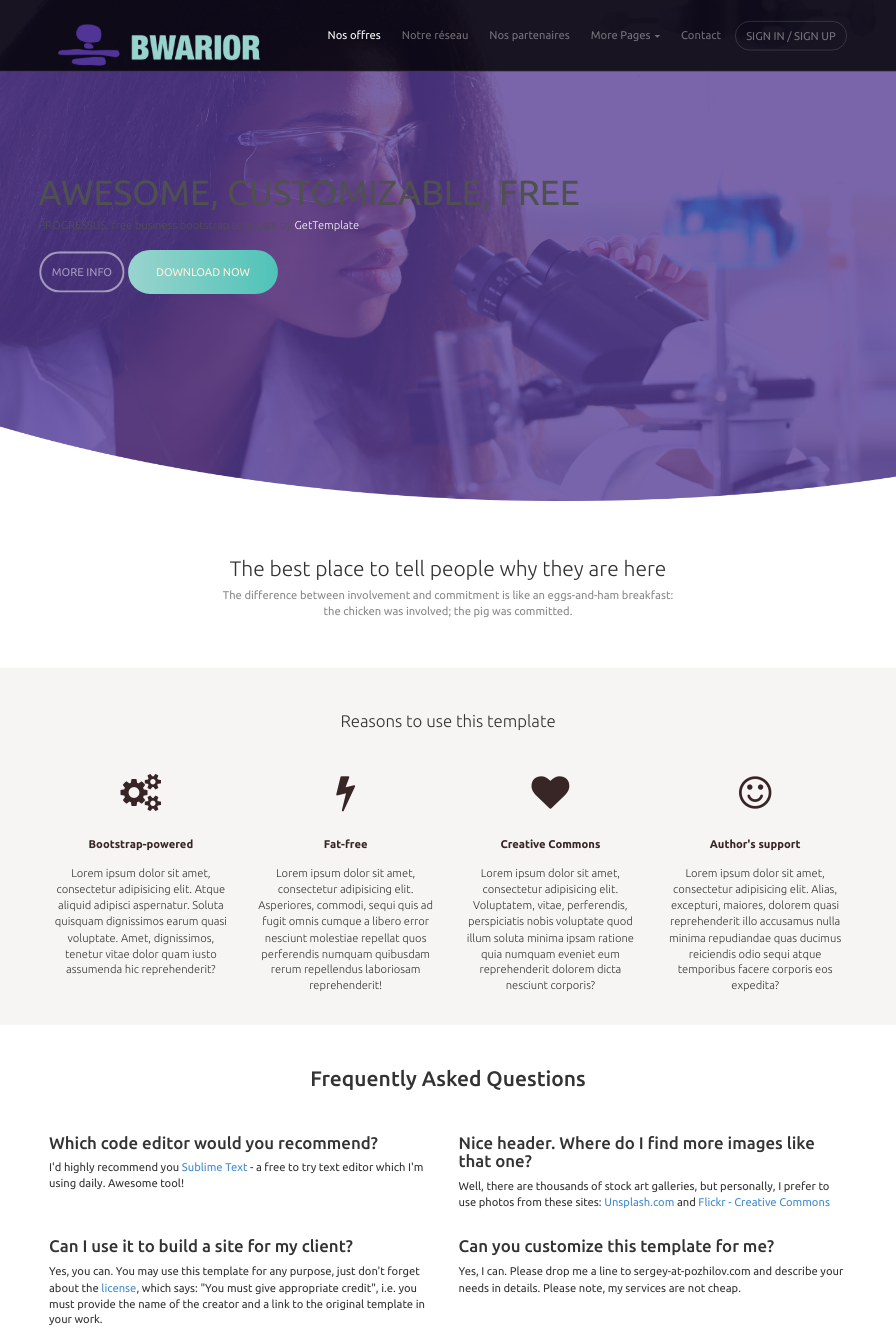
Repository: madaliou/bwarior
Page: index.html
The author's editor kept a copy of each file at every save. The page is drawn from the files as they stood at one save, then again after the next save.
The browser window is 1280 px wide. The pictures show the part of the page from y = 0 to 1920 px (the page is 2676 px tall), at 70% of full size.
Some web libraries are served in a nearby version.

Above is the page before, as saved 2020-09-01 07:12:39.

### index.html
<!DOCTYPE html>
<html lang="en">
<head>
	<meta charset="utf-8">
	<meta name="viewport"    content="width=device-width, initial-scale=1.0">
	<meta name="description" content="">
	<meta name="author"      content="Sergey Pozhilov (GetTemplate.com)">

	<title>Progressus - Free business bootstrap template by GetTemplate</title>

	<link rel="shortcut icon" href="assets/images/gt_favicon.png">

	<link rel="stylesheet" media="screen" href="http://fonts.googleapis.com/css?family=Open+Sans:300,400,700">
	<link rel="stylesheet" href="assets/css/bootstrap.min.css">
	<link rel="stylesheet" href="assets/css/font-awesome.min.css">

	<!-- Custom styles for our template -->
	<link rel="stylesheet" href="assets/css/bootstrap-theme.css" media="screen" >
	<link rel="stylesheet" href="assets/css/main.css">

	<!-- HTML5 shim and Respond.js IE8 support of HTML5 elements and media queries -->
	<!--[if lt IE 9]>
	<script src="assets/js/html5shiv.js"></script>
	<script src="assets/js/respond.min.js"></script>
	<![endif]-->
</head>

<body class="home">
	<!-- Fixed navbar -->
	<div class="navbar navbar-inverse navbar-fixed-top headroom" >
		<div class="container">
			<div class="navbar-header">
				<!-- Button for smallest screens -->
				<button type="button" class="navbar-toggle" data-toggle="collapse" data-target=".navbar-collapse"><span class="icon-bar"></span> <span class="icon-bar"></span> <span class="icon-bar"></span> </button>
				<a class="navbar-brand" href="index.html"><img src="assets/images/logo.png" alt="Progressus HTML5 template"></a>
			</div>
			<div class="navbar-collapse collapse">
				<ul class="nav navbar-nav pull-right">
					<li class="active"><a href="#">Nos offres</a></li>
					<li><a href="about.html">Notre réseau</a></li>
					<li><a href="about.html">Nos partenaires</a></li>
					<li class="dropdown">
						<a href="#" class="dropdown-toggle" data-toggle="dropdown">More Pages <b class="caret"></b></a>
						<ul class="dropdown-menu">
							<li><a href="sidebar-left.html">Left Sidebar</a></li>
							<li class="active"><a href="sidebar-right.html">Right Sidebar</a></li>
						</ul>
					</li>
					<li><a href="contact.html">Contact</a></li>
					<li><a class="btn" href="signin.html">SIGN IN / SIGN UP</a></li>
				</ul>
			</div><!--/.nav-collapse -->
		</div>
	</div>
	<!-- /.navbar -->

	<!-- Header -->
	<header id="head">
		<div class="container">
			<div class="row">
				<h1 class="lead">AWESOME, CUSTOMIZABLE, FREE</h1>
				<p class="tagline">PROGRESSUS: free business bootstrap template by <a href="http://www.gettemplate.com/?utm_source=progressus&amp;utm_medium=template&amp;utm_campaign=progressus">GetTemplate</a></p>
				<p><a class="btn btn-default btn-lg" role="button">MORE INFO</a> <a class="btn btn-action btn-lg" role="button">DOWNLOAD NOW</a></p>
			</div>
		</div>
	</header>
	<!-- /Header -->

	<!-- Intro -->
	<div class="container text-center">
		<br> <br>
		<h2 class="thin">The best place to tell people why they are here</h2>
		<p class="text-muted">
			The difference between involvement and commitment is like an eggs-and-ham breakfast:<br>
			the chicken was involved; the pig was committed.
		</p>
	</div>
	<!-- /Intro-->

	<!-- Highlights - jumbotron -->
	<div class="jumbotron top-space">
		<div class="container">

			<h3 class="text-center thin">Reasons to use this template</h3>

			<div class="row">
				<div class="col-md-3 col-sm-6 highlight">
					<div class="h-caption"><h4><i class="fa fa-cogs fa-5"></i>Bootstrap-powered</h4></div>
					<div class="h-body text-center">
						<p>Lorem ipsum dolor sit amet, consectetur adipisicing elit. Atque aliquid adipisci aspernatur. Soluta quisquam dignissimos earum quasi voluptate. Amet, dignissimos, tenetur vitae dolor quam iusto assumenda hic reprehenderit?</p>
					</div>
				</div>
				<div class="col-md-3 col-sm-6 highlight">
					<div class="h-caption"><h4><i class="fa fa-flash fa-5"></i>Fat-free</h4></div>
					<div class="h-body text-center">
						<p>Lorem ipsum dolor sit amet, consectetur adipisicing elit. Asperiores, commodi, sequi quis ad fugit omnis cumque a libero error nesciunt molestiae repellat quos perferendis numquam quibusdam rerum repellendus laboriosam reprehenderit! </p>
					</div>
				</div>
				<div class="col-md-3 col-sm-6 highlight">
					<div class="h-caption"><h4><i class="fa fa-heart fa-5"></i>Creative Commons</h4></div>
					<div class="h-body text-center">
						<p>Lorem ipsum dolor sit amet, consectetur adipisicing elit. Voluptatem, vitae, perferendis, perspiciatis nobis voluptate quod illum soluta minima ipsam ratione quia numquam eveniet eum reprehenderit dolorem dicta nesciunt corporis?</p>
					</div>
				</div>
				<div class="col-md-3 col-sm-6 highlight">
					<div class="h-caption"><h4><i class="fa fa-smile-o fa-5"></i>Author's support</h4></div>
					<div class="h-body text-center">
						<p>Lorem ipsum dolor sit amet, consectetur adipisicing elit. Alias, excepturi, maiores, dolorem quasi reprehenderit illo accusamus nulla minima repudiandae quas ducimus reiciendis odio sequi atque temporibus facere corporis eos expedita? </p>
					</div>
				</div>
			</div> <!-- /row  -->

		</div>
	</div>
	<!-- /Highlights -->

	<!-- container -->
	<div class="container">

		<h2 class="text-center top-space">Frequently Asked Questions</h2>
		<br>

		<div class="row">
			<div class="col-sm-6">
				<h3>Which code editor would you recommend?</h3>
				<p>I'd highly recommend you <a href="http://www.sublimetext.com/">Sublime Text</a> - a free to try text editor which I'm using daily. Awesome tool!</p>
			</div>
			<div class="col-sm-6">
				<h3>Nice header. Where do I find more images like that one?</h3>
				<p>
					Well, there are thousands of stock art galleries, but personally,
					I prefer to use photos from these sites: <a href="http://unsplash.com">Unsplash.com</a>
					and <a href="http://www.flickr.com/creativecommons/by-2.0/tags/">Flickr - Creative Commons</a></p>
			</div>
		</div> <!-- /row -->

		<div class="row">
			<div class="col-sm-6">
				<h3>Can I use it to build a site for my client?</h3>
				<p>
					Yes, you can. You may use this template for any purpose, just don't forget about the <a href="http://creativecommons.org/licenses/by/3.0/">license</a>,
					which says: "You must give appropriate credit", i.e. you must provide the name of the creator and a link to the original template in your work.
				</p>
			</div>
			<div class="col-sm-6">
				<h3>Can you customize this template for me?</h3>
				<p>Yes, I can. Please drop me a line to sergey-at-pozhilov.com and describe your needs in details. Please note, my services are not cheap.</p>
			</div>
		</div> <!-- /row -->

		<div class="jumbotron top-space">
			<h4>Dicta, nostrum nemo soluta sapiente sit dolor quae voluptas quidem doloribus recusandae facere magni ullam suscipit sunt atque rerum eaque iusto facilis esse nam veniam incidunt officia perspiciatis at voluptatibus. Libero, aliquid illum possimus numquam fuga.</h4>
     		<p class="text-right"><a class="btn btn-primary btn-large">Learn more »</a></p>
  		</div>

</div>	<!-- /container -->

	<!-- Social links. @TODO: replace by link/instructions in template -->
	<section id="social">
		<div class="container">
			<div class="wrapper clearfix">
				<!-- AddThis Button BEGIN -->
				<div class="addthis_toolbox addthis_default_style">
				<a class="addthis_button_facebook_like" fb:like:layout="button_count"></a>
				<a class="addthis_button_tweet"></a>
				<a class="addthis_button_linkedin_counter"></a>
				<a class="addthis_button_google_plusone" g:plusone:size="medium"></a>
				</div>
				<!-- AddThis Button END -->
			</div>
		</div>
	</section>
	<!-- /social links -->


	<footer id="footer" class="top-space">

		<div class="footer1">
			<div class="container">
				<div class="row">

					<div class="col-md-3 widget">
						<h3 class="widget-title">Contact</h3>
						<div class="widget-body">
							<p>+234 23 9873237<br>
								<a href="mailto:#">some.email@somewhere.com</a><br>
								<br>
								234 Hidden Pond Road, Ashland City, TN 37015
							</p>
						</div>
					</div>

					<div class="col-md-3 widget">
						<h3 class="widget-title">Follow me</h3>
						<div class="widget-body">
							<p class="follow-me-icons">
								<a href=""><i class="fa fa-twitter fa-2"></i></a>
								<a href=""><i class="fa fa-dribbble fa-2"></i></a>
								<a href=""><i class="fa fa-github fa-2"></i></a>
								<a href=""><i class="fa fa-facebook fa-2"></i></a>
							</p>
						</div>
					</div>

					<div class="col-md-6 widget">
						<h3 class="widget-title">Text widget</h3>
						<div class="widget-body">
							<p>Lorem ipsum dolor sit amet, consectetur adipisicing elit. Excepturi, dolores, quibusdam architecto voluptatem amet fugiat nesciunt placeat provident cumque accusamus itaque voluptate modi quidem dolore optio velit hic iusto vero praesentium repellat commodi ad id expedita cupiditate repellendus possimus unde?</p>
							<p>Eius consequatur nihil quibusdam! Laborum, rerum, quis, inventore ipsa autem repellat provident assumenda labore soluta minima alias temporibus facere distinctio quas adipisci nam sunt explicabo officia tenetur at ea quos doloribus dolorum voluptate reprehenderit architecto sint libero illo et hic.</p>
						</div>
					</div>

				</div> <!-- /row of widgets -->
			</div>
		</div>

		<div class="footer2">
			<div class="container">
				<div class="row">

					<div class="col-md-6 widget">
						<div class="widget-body">
							<p class="simplenav">
								<a href="#">Home</a> |
								<a href="about.html">About</a> |
								<a href="sidebar-right.html">Sidebar</a> |
								<a href="contact.html">Contact</a> |
								<b><a href="signup.html">Sign up</a></b>
							</p>
						</div>
					</div>

					<div class="col-md-6 widget">
						<div class="widget-body">
							<p class="text-right">
								Copyright &copy; 2014, Your name. Designed by <a href="http://gettemplate.com/" rel="designer">gettemplate</a>
							</p>
						</div>
					</div>

				</div> <!-- /row of widgets -->
			</div>
		</div>

	</footer>





	<!-- JavaScript libs are placed at the end of the document so the pages load faster -->
	<script src="http://ajax.googleapis.com/ajax/libs/jquery/1.10.2/jquery.min.js"></script>
	<script src="http://netdna.bootstrapcdn.com/bootstrap/3.0.0/js/bootstrap.min.js"></script>
	<script src="assets/js/headroom.min.js"></script>
	<script src="assets/js/jQuery.headroom.min.js"></script>
	<script src="assets/js/template.js"></script>
</body>
</html>

Loaded but not shown: assets/css/bootstrap.min.css (library); assets/css/font-awesome.min.css (library); assets/css/bootstrap-theme.css (library); assets/js/headroom.min.js (library); assets/js/jQuery.headroom.min.js (common file); assets/js/template.js (common file); assets/css/main.css (1301 lines, source omitted)

After the next save:
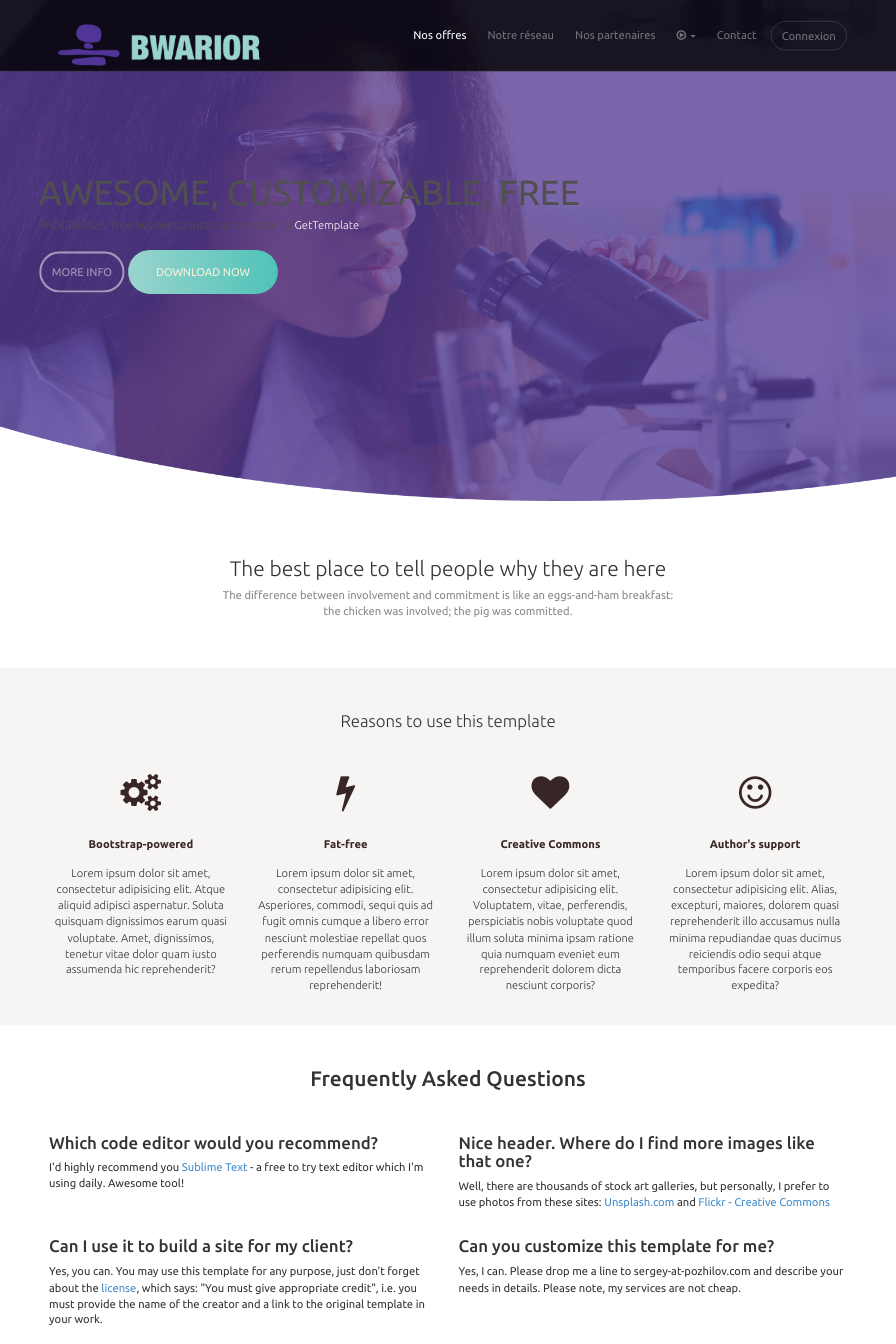
Saved 6 min 11 s later.
--- a/index.html
+++ b/index.html
@@ -40,14 +40,14 @@
 					<li><a href="about.html">Notre réseau</a></li>
 					<li><a href="about.html">Nos partenaires</a></li>
 					<li class="dropdown">
-						<a href="#" class="dropdown-toggle" data-toggle="dropdown">More Pages <b class="caret"></b></a>
+						<a href="#" class="dropdown-toggle" data-toggle="dropdown"><i class="fa fa-play-circle-o"></i> <b class="caret"></b></a>
 						<ul class="dropdown-menu">
 							<li><a href="sidebar-left.html">Left Sidebar</a></li>
 							<li class="active"><a href="sidebar-right.html">Right Sidebar</a></li>
 						</ul>
 					</li>
 					<li><a href="contact.html">Contact</a></li>
-					<li><a class="btn" href="signin.html">SIGN IN / SIGN UP</a></li>
+					<li><a class="btn" href="signin.html">Connexion</a></li>
 				</ul>
 			</div><!--/.nav-collapse -->
 		</div>
